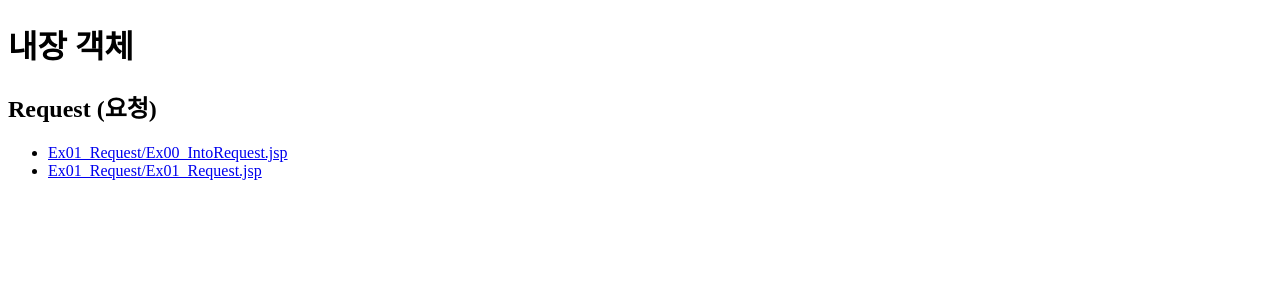
Repository: joeunpyeong/javaA
Page: http://localhost/04.Implicit/
The author's editor kept a copy of each file at every save. The page is drawn from the files as they stood at one save, then again after the next save.
The browser window is 1280 px wide. The pictures show the whole page.
The page is served by Tomcat 9.

Above is the page before, as saved 2023-05-22 02:34:40.

After the next save:
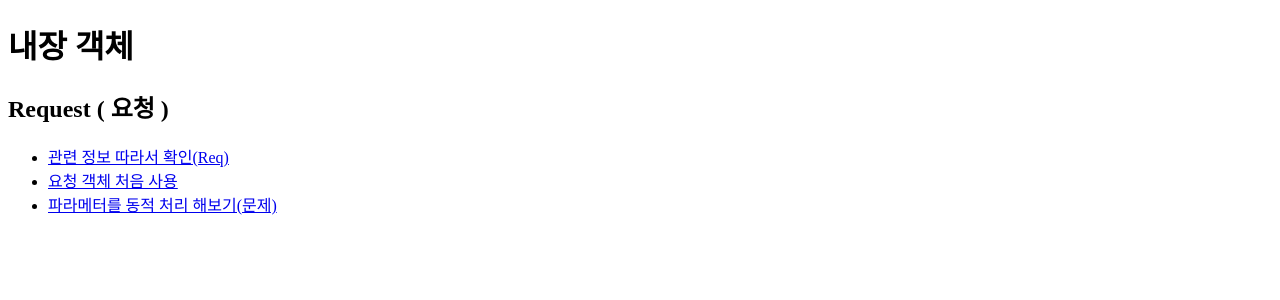
Saved 23 s later.
--- a/04.Implicit/src/main/webapp/index.jsp
+++ b/04.Implicit/src/main/webapp/index.jsp
@@ -7,13 +7,13 @@
 <title>Insert title here</title>
 </head>
 <body>
-	<h1>내장 객체</h1>
-	<h2>Request (요청)</h2>
+	<h1> 내장 객체 </h1>
+	<h2> Request ( 요청 )</h2>
 	<ul>
-		<li><a href="Ex01_Request/Ex00_IntoReqeust.jsp">Ex01_Request/Ex00_IntoRequest.jsp</a></li>
-		<li><a href="Ex01_Request/Ex01_Request.jsp">Ex01_Request/Ex01_Request.jsp</a></li>
+		<li><a href="Ex01_Request/Ex00_IntoReqeust.jsp">관련 정보 따라서 확인(Req)</a></li>
+		<li><a href="Ex01_Request/Ex01_Request.jsp">요청 객체 처음 사용</a></li>
+		<li><a href="Ex01_Request/Ex02_Request.jsp">파라메터를 동적 처리 해보기(문제)</a></li>
+
 	</ul>
-
-
 </body>
 </html>
